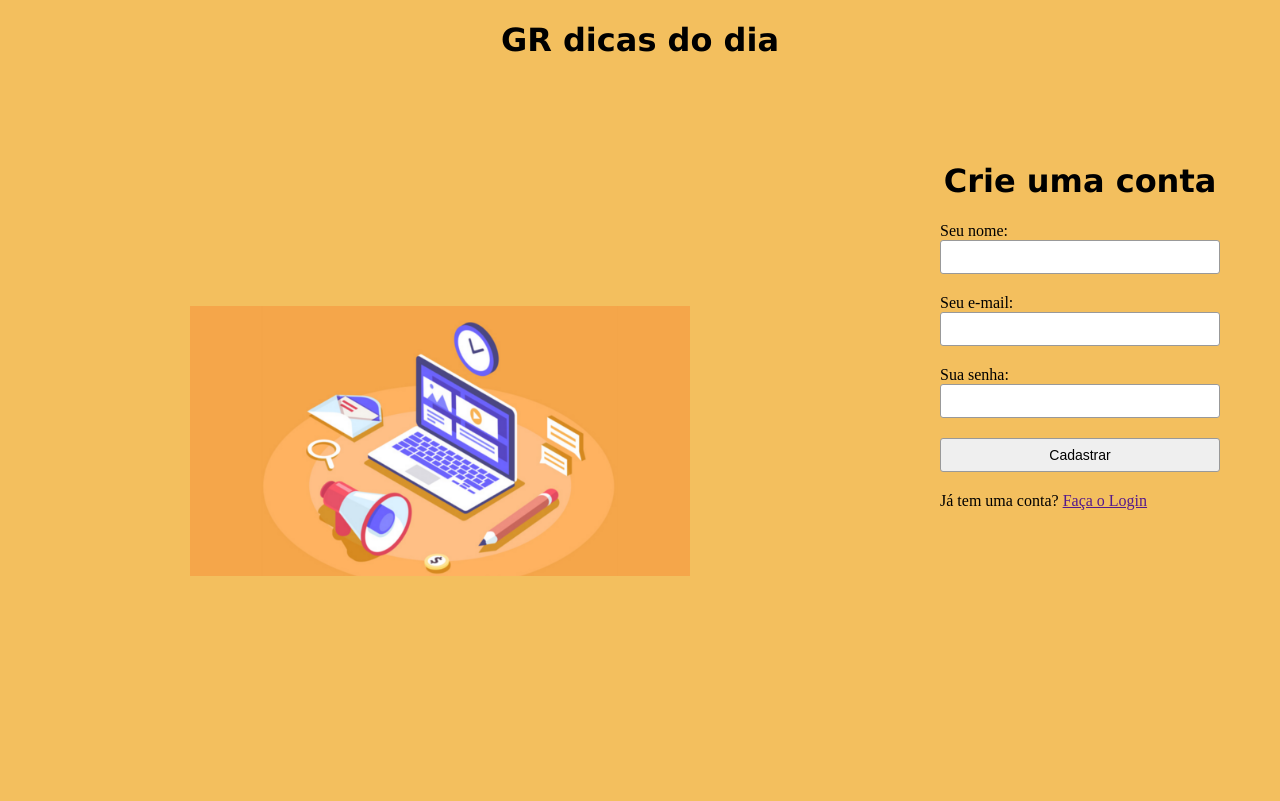
Repository: rafavirginio/tela-de-login
Page: index.html
These files come from the project's save history. The page is drawn as it stood at one moment and after the next save; the edit follows.
The browser window is 1280 px wide. The pictures show the whole page.

Above is the page before, as saved 2020-09-15 18:16:10.

After the next save:
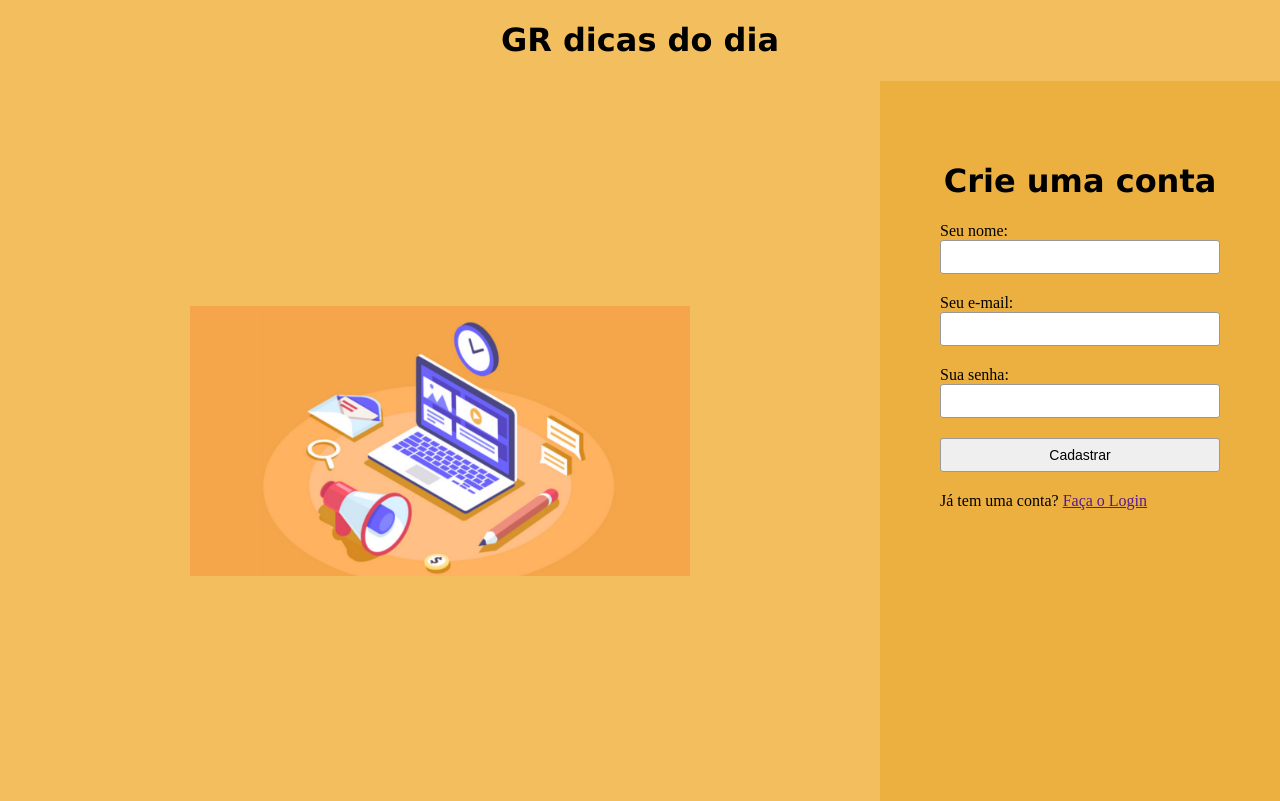
Saved 36 s later.
--- a/style.css
+++ b/style.css
@@ -34,7 +34,7 @@ body {
 
 .rightside {
     width: 400px;
-    background-color: rgb(243, 191, 94);
+    background-color: rgb(236, 176, 65);
     padding: 60px;
 }
 
